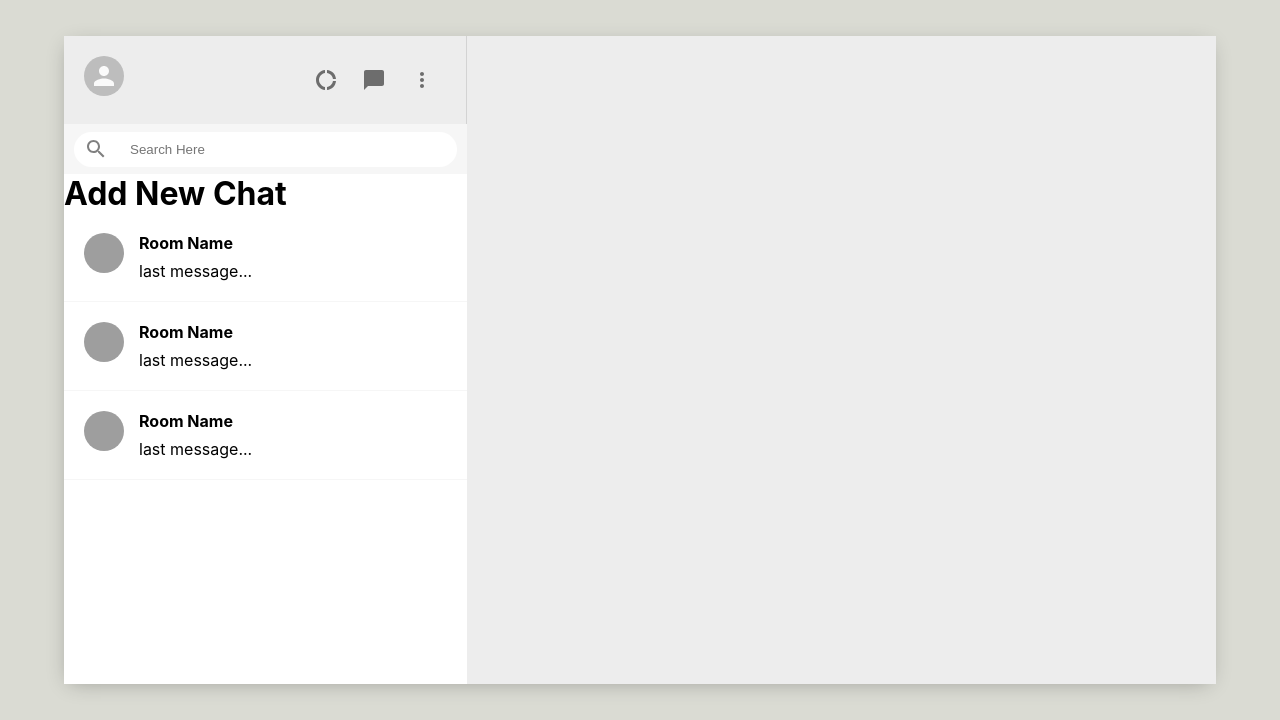
Repository: Prafullkuma/whatsappclon
Page: /
An editor plug-in stored every save of this project. The page is shown before and after the next save, followed by the edit.
The browser window is 1280 px wide. The pictures show the whole page.
Pictures or frames that could not be fetched are drawn as grey boxes. The project was rebuilt for these pictures with package versions that can differ from the ones it lists, and the page was loaded fresh each time. Also part of the build but not shown: src/Component/mainChat.css.

Above is the page before, as saved 2020-08-19 12:47:02.

### src/App.js
import React from 'react';
import './App.css';
import Sidebar from './Component/Sidebar'
import Chat from './Component/MainChat'
function App() {
  return (
    <div className="app">
      <div className="app__body">
        <Sidebar />
      </div>
    </div>
  );
}

export default App;

### src/App.css
.app{
  background-color: #dadbd3;
  height: 100vh;
  display: grid;
  place-items: center;
}
.app__body{
  display: flex;
  height: 90vh;
  width: 90vw;
  background-color: #ededed;
  box-shadow: -1px 4px 20px -6px rgba(0, 0, 0, 0.3);
}

### src/Component/Sidebar.js
import React from 'react'
import { Avatar, IconButton } from '@material-ui/core';
import DonutLargeIcon from '@material-ui/icons/DonutLarge';
import ChatBubbleIcon from '@material-ui/icons/ChatBubble';
import MoreVertIcon from '@material-ui/icons/MoreVert';
import SearchIcon from '@material-ui/icons/Search';
import './Sidebar.css'
import SidebarChat from './Chat/SidebarChat';
function Slidebar() {
    return (
        <div className="sidebar">
            <div className="sidebar_header">
                <Avatar />
                <div className="sidebar_headerRight">
                    <IconButton>
                        <DonutLargeIcon />
                    </IconButton>
                    <IconButton>
                        <ChatBubbleIcon />
                    </IconButton>
                    <IconButton>
                        <MoreVertIcon />
                    </IconButton>
                </div>
            </div>
            <div className="sidebar_search">
                <div className="search_container">
                    <SearchIcon />
                    <input type="text"
                        placeholder="Search Here" />
                </div>
            </div>
            <div className="sidebar_chat">
                <SidebarChat addNewChat />
                <SidebarChat />
                <SidebarChat />
                <SidebarChat />
            </div>
        </div >
    )
}

export default Slidebar

### src/Component/Sidebar.css
.sidebar{
 display: flex;
 flex-direction: column;
 flex: 0.35;
}
.sidebar_header{
    display: flex;
    justify-content: space-between;
    padding: 20px;
    border-right: 1px solid lightgray;
}
.sidebar_headerRight{
    display: flex;
    align-items: center;
    justify-content: space-between;
    min-width: 9vw;
}
.sidebar_headerRight>.MuiSvgIcon-root{
    margin-right: 2vw;
    font-size: 24px !important;
}
.sidebar_search{
    display: flex;
    align-items: center;
    background-color: #f6f6f6;
    height: 30px;
    padding: 10px;
}
.search_container{
display: flex;
align-items: center;
background-color: white;
width: 100%;
height: 35px;
border-radius: 20px;
}
.search_container>input{
    border: none;
    margin-left: 10px;
}
.search_container>.MuiSvgIcon-root{
    color: gray;
    padding: 10px;
}
.sidebar_chat{
    flex: 1;
    background-color: white;
    overflow: scroll;
}

### src/Component/Chat/SidebarChat.js
import React, { useState, useEffect } from 'react'
import './sidebarChat.css'
import { Avatar } from '@material-ui/core'


function SidebarChat({ addNewChat }) {
    const [seed, setSeed] = useState('')

    useEffect(() => {
        setSeed(Math.floor(Math.random() * 5000))
    }, [])

    const createChat = () => {
        const roomName = prompt("Please enter name for room")
        if (roomName) {
            ///do some cleaver stuff(database)
        }

    }
    return !addNewChat ? (
        <div className="sidebarChat">
            <Avatar src={`https://avatars.dicebear.com/api/human/${seed}.svg`} />
            <div className="sidebarchat_info">
                <h2>Room Name</h2>
                <p>last message...</p>
            </div>
        </div>
    ) : <div onClick={createChat}
        className="createNewChat">
            <h1>Add New Chat</h1>
        </div>
}

export default SidebarChat

### src/Component/Chat/sidebarChat.css
.sidebarChat{
    display: flex;
    padding: 20px;
    cursor: pointer;
    border-bottom:1px solid #f6f6f6 ;
}
.sidebarChat:hover{
    background-color: green;
}
.sidebarchat_info>h2{
font-size: 16px;
margin-bottom: 8px;
}
.sidebarchat_info{
    margin-left: 15px;
}

### src/Component/MainChat.js
import React from 'react'
import './mainChat.css'
function MainChat() {
    return (
        <div>
            <h1>Main Chat</h1>
        </div>
    )
}

export default MainChat

Loaded but not shown: public/index.html (common file); src/index.js (common file); src/index.css (common file)

After the next save:
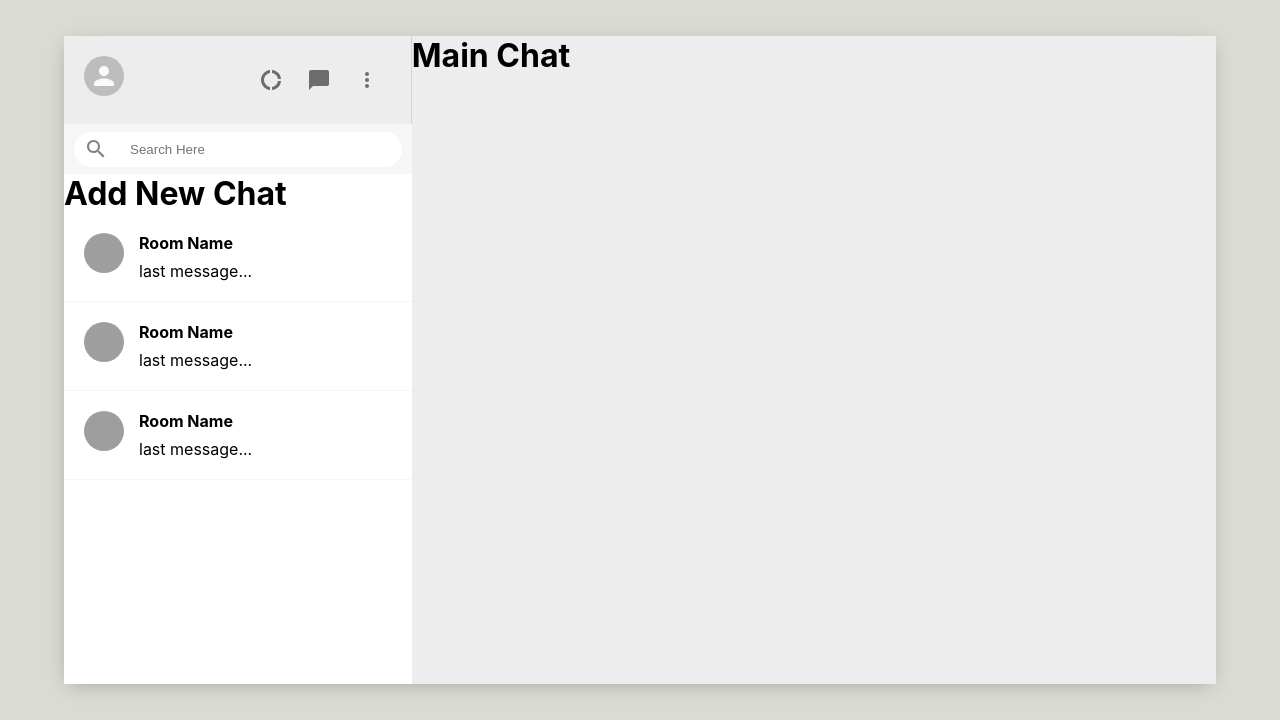
Saved 5 s later.
--- a/src/App.js
+++ b/src/App.js
@@ -7,6 +7,7 @@ function App() {
     <div className="app">
       <div className="app__body">
         <Sidebar />
+        <Chat />
       </div>
     </div>
   );

After the save that followed:
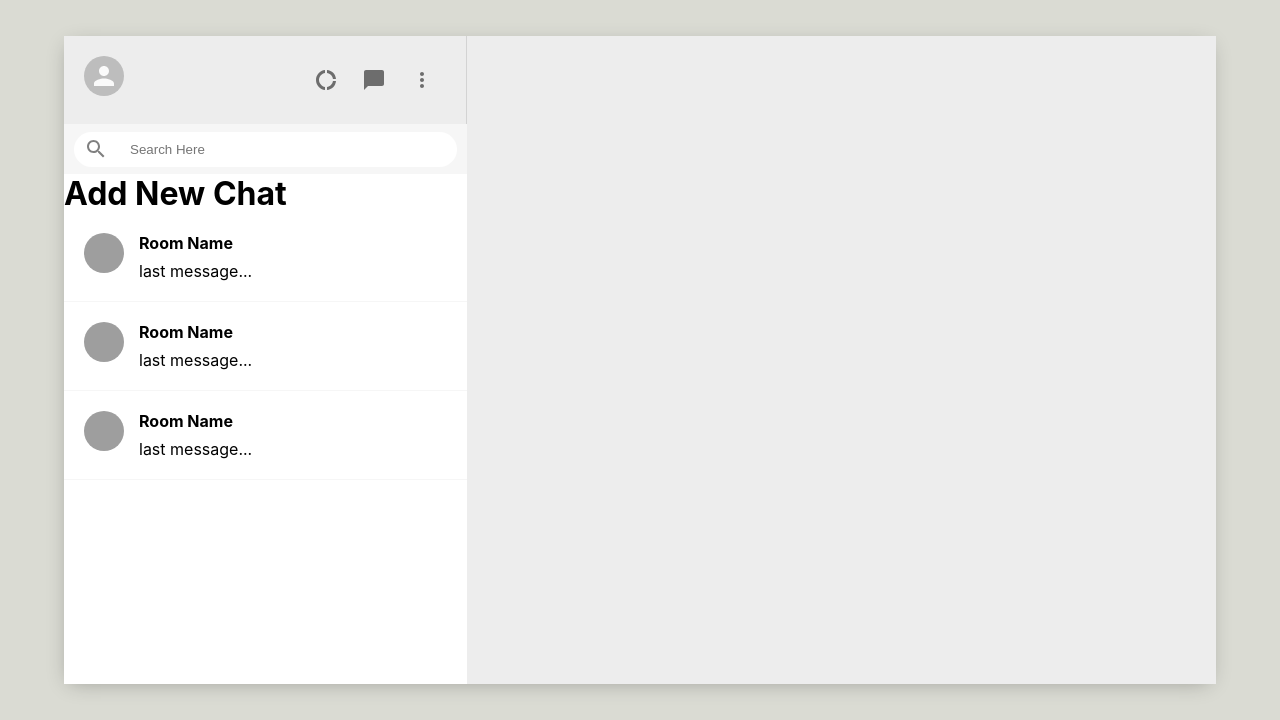
Saved 85 s later.
--- a/src/Component/MainChat.js
+++ b/src/Component/MainChat.js
@@ -2,8 +2,17 @@ import React from 'react'
 import './mainChat.css'
 function MainChat() {
     return (
-        <div>
-            <h1>Main Chat</h1>
+        <div className="mainChat">
+            <div className="">
+
+            </div>
+            <div className="">
+
+            </div>
+            <div className="">
+
+            </div>
+
         </div>
     )
 }
